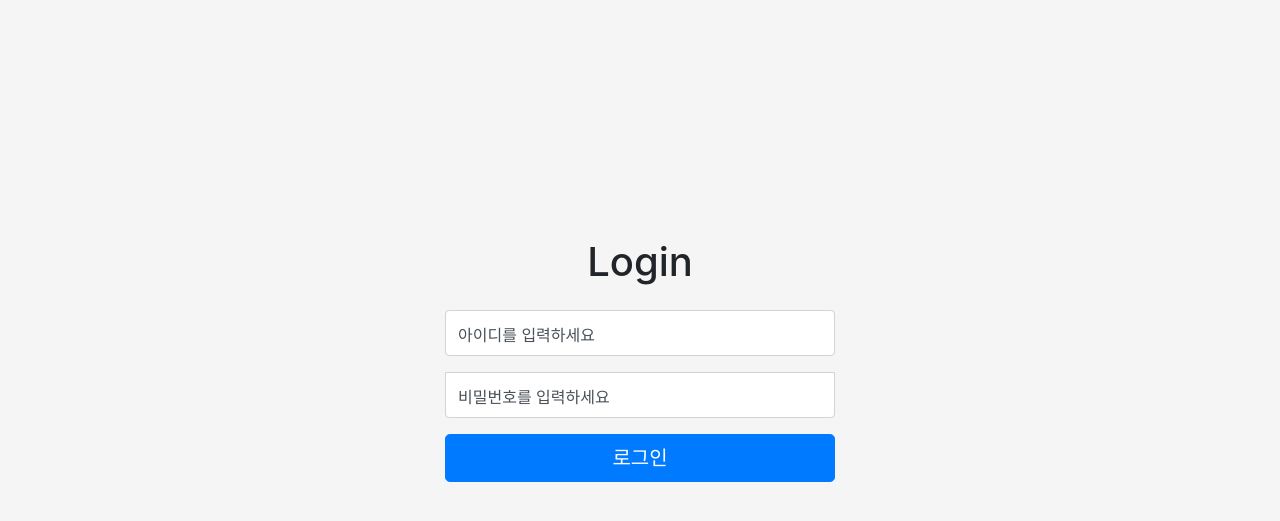
Repository: JinYongHyeon/kosta
Page: http://localhost/webstudy28-customer/login-form.jsp
The author's editor kept a copy of each file at every save. The page is drawn from the files as they stood at one save, then again after the next save.
The browser window is 1280 px wide. The pictures show the whole page.
The page is served by Tomcat 9.

Above is the page before, as saved 2020-10-01 17:30:48.

After the next save:
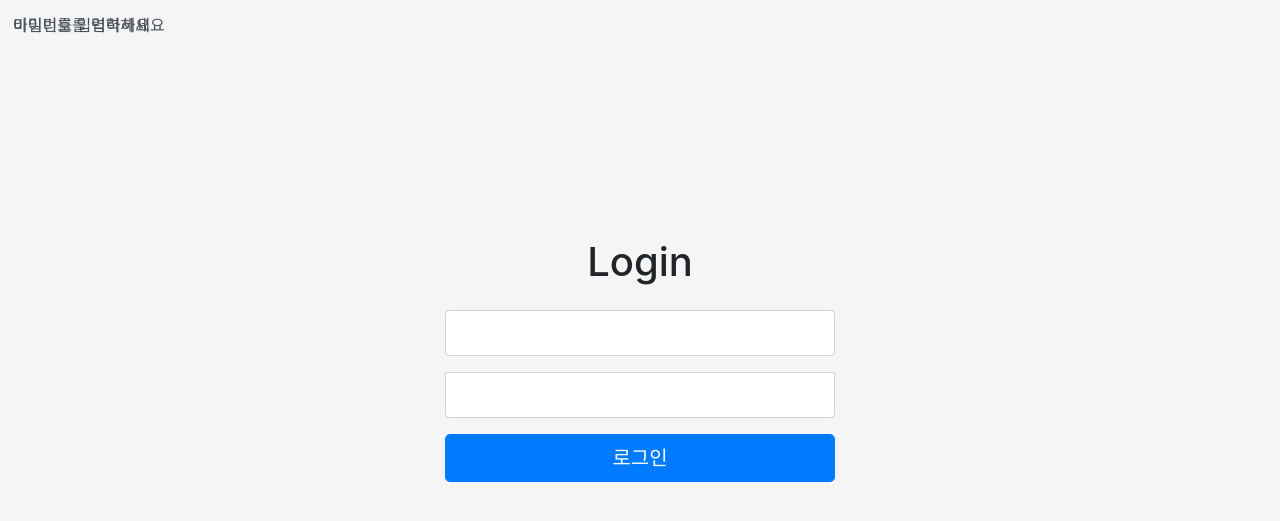
Saved 7 min 25 s later.
--- a/web-workspace2/webstudy28-customer/WebContent/resource/css/signin.css
+++ b/web-workspace2/webstudy28-customer/WebContent/resource/css/signin.css
@@ -42,7 +42,6 @@
 }
 
 .form-label-group{
-	position: relative;
 	margin-bottom:1rem;
 }
 

After the save that followed:
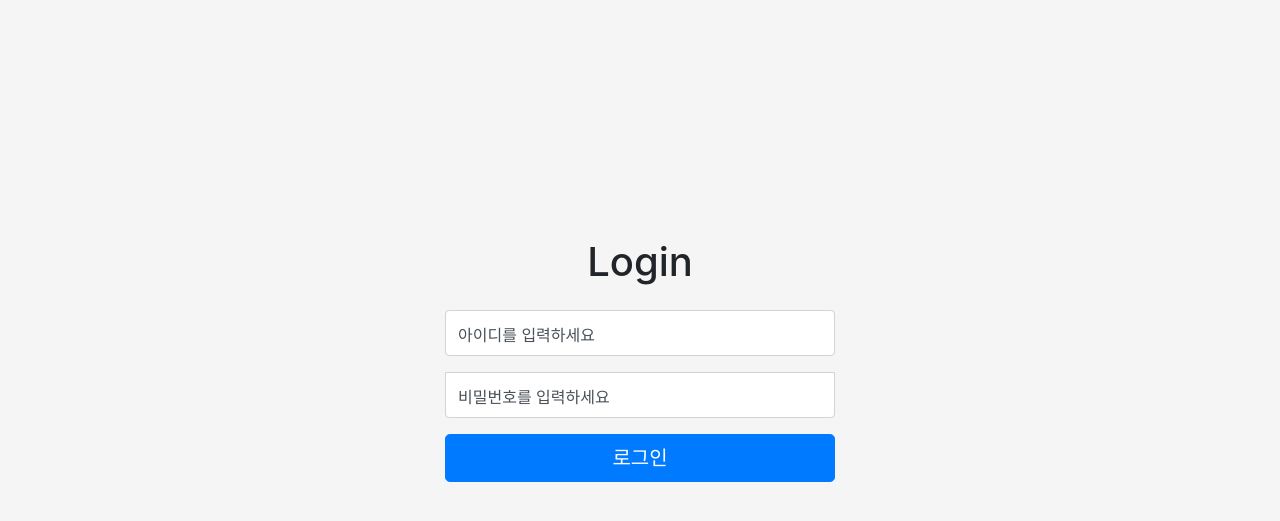
Saved 5 s later.
--- a/web-workspace2/webstudy28-customer/WebContent/resource/css/signin.css
+++ b/web-workspace2/webstudy28-customer/WebContent/resource/css/signin.css
@@ -42,6 +42,7 @@
 }
 
 .form-label-group{
+	position: relative;
 	margin-bottom:1rem;
 }
 
